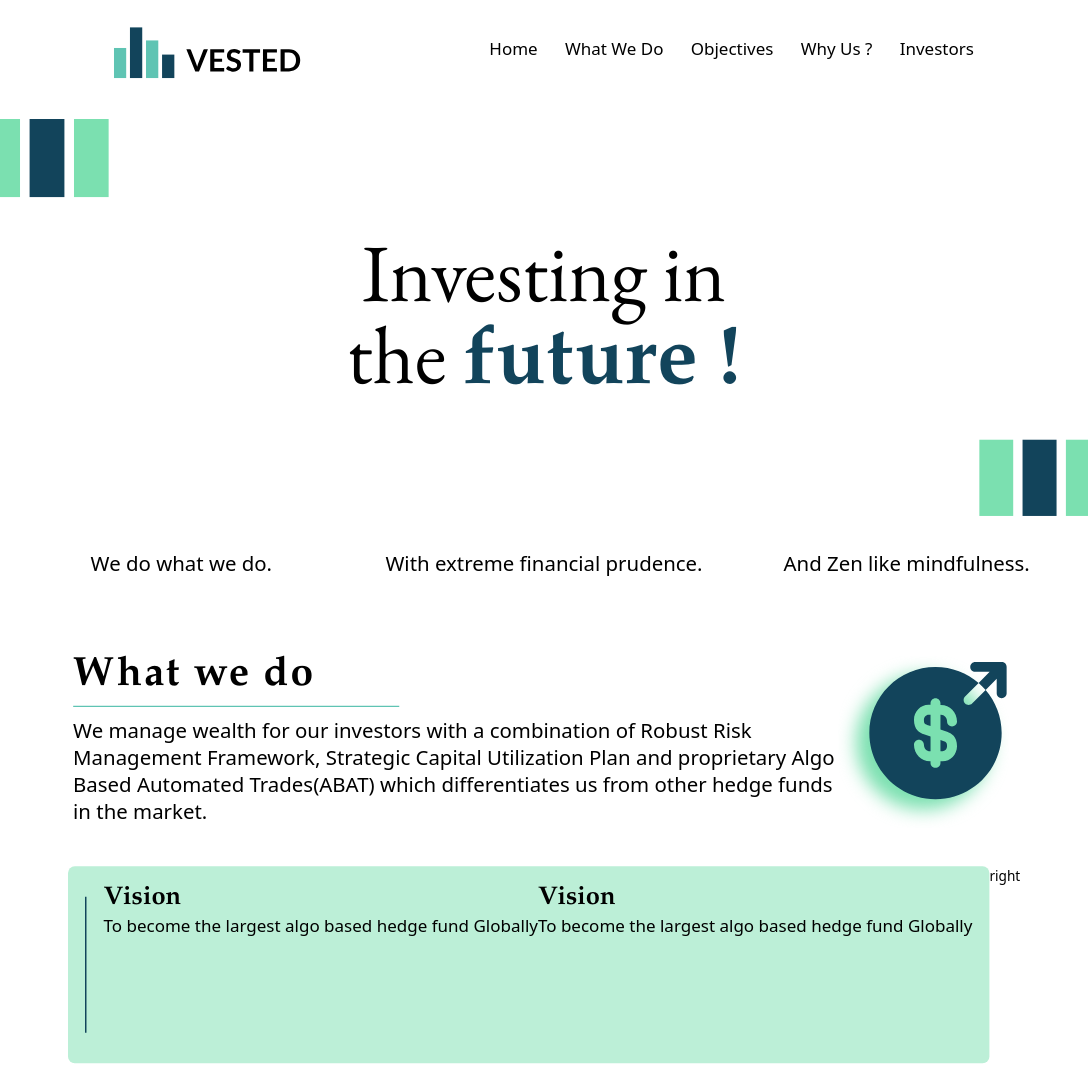
Repository: husainmamuwala/TippingPointsFinancial
Page: /
The author's editor kept a copy of each file at every save. The page is drawn from the files as they stood at one save, then again after a run of saves.
The browser window is 1280 px wide. The pictures show the whole page, at 85% of full size.
The project was rebuilt for these pictures with package versions that can differ from the ones it lists, and the page was loaded fresh each time. The framework's server and built-in components were replaced by stand-ins that run in the browser. Also part of the build but not shown: next.config.js.

Above is the page before, as saved 2022-10-15 18:58:40.

After the next 2 saves:
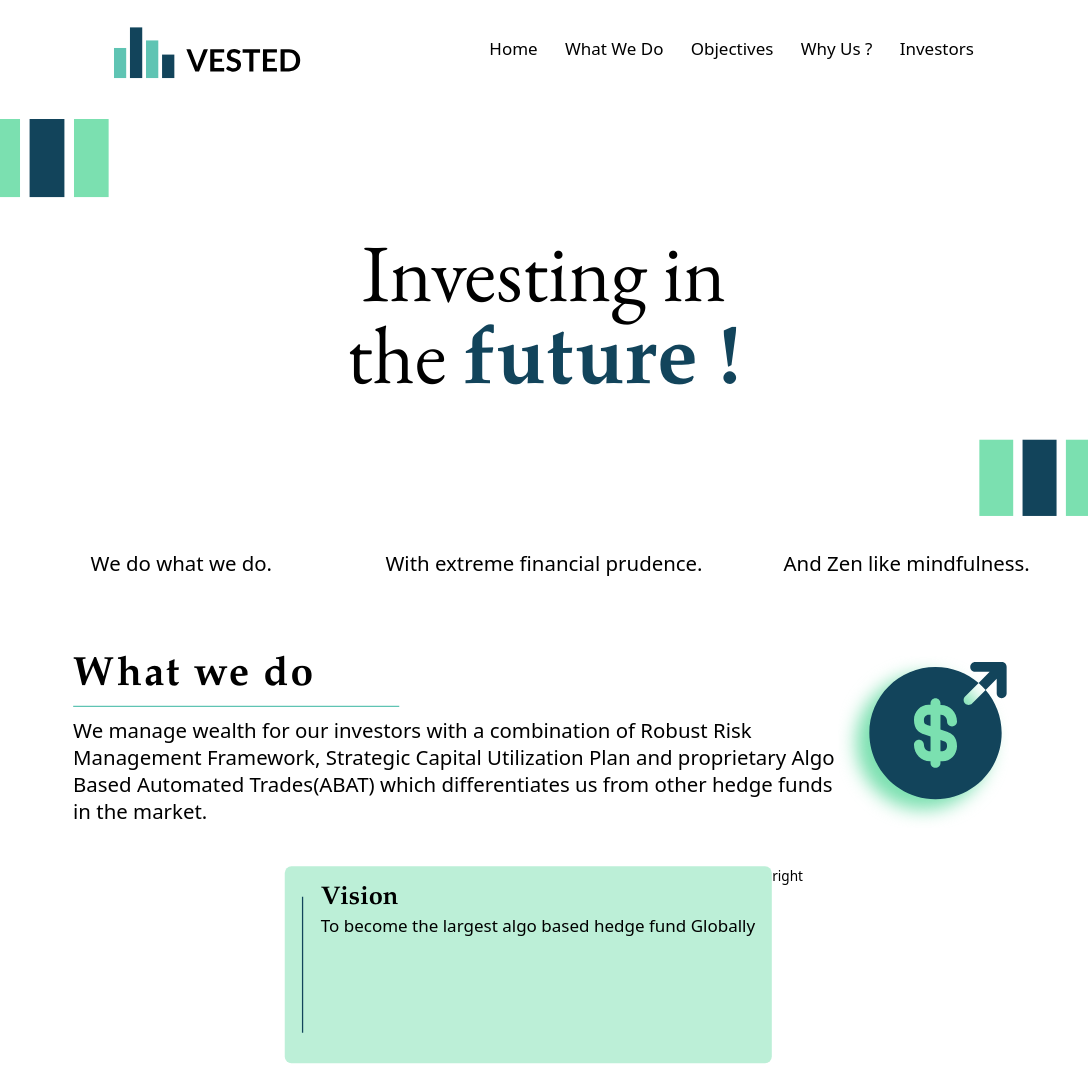
The 2 saves are shown as one change because they came seconds apart.
The last was saved 6 s later.
--- a/components/Objectives.jsx
+++ b/components/Objectives.jsx
@@ -2,9 +2,7 @@
 
 const Objectives = () => {
   const Data = [
-    {title:"Vision",desc:"To become the largest algo based hedge fund Globally"},
-    {title:"Vision",desc:"To become the largest algo based hedge fund Globally"},
-  ];
+    {title:"Vision",desc:"To become the largest algo based hedge fund Globally"},]
   return (
     <div className='flex flex-col md:flex-row justify-center py-5 px-10 md:px-0'>
         <div>
